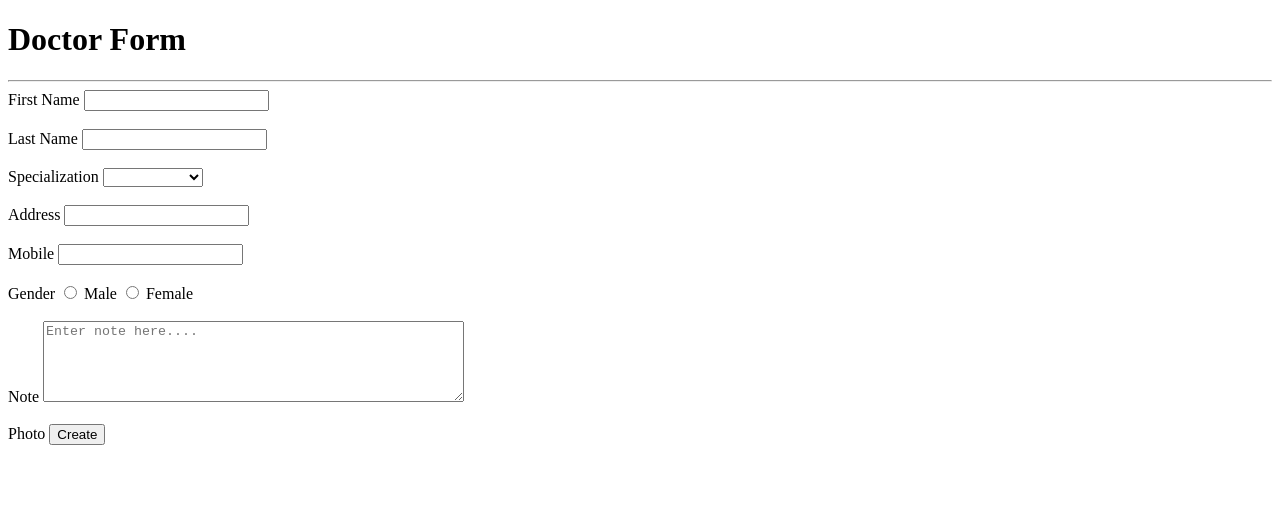
Repository: aayush105/Advance-Java
Page: http://localhost/Doctorpatient/Doctor.jsp
An editor plug-in stored every save of this project. The page is shown before and after a run of saves, followed by the edit.
The browser window is 1280 px wide. The pictures show the whole page.
The page is served by Tomcat 10. Other server files are loaded and not shown.

Above is the page before, as saved 2023-07-20 10:55:42.

### Doctorpatient/src/main/webapp/Doctor.jsp
<%@ page language="java" contentType="text/html; charset=UTF-8"
    pageEncoding="UTF-8"%>
<!DOCTYPE html>
<html>
<head>
<meta charset="UTF-8">
<title>Doctor</title>
</head>
<body>
<h1>Doctor Form</h1>
<hr>
<form action="DoctorServlet" method="POST">

First Name <input type ="text" name ="fname"><br><br>
Last Name <input type ="text" name ="lname"><br><br>
Specialization  <select data-placeholder="Choose your specialization" name="specialization">
    <option value=""></option>
    <option>Cardiologists</option>
    <option>Neurologist</option>
    <option>Surgeon</option>
    <option>Gynecologist</option>
  </select>
 <br><br>
Address <input type ="text" name ="address"><br><br>
Mobile <input type ="text" name ="mobile"><br><br>
Gender <input type="radio" name="gender" value="male"> Male
<input type="radio" name="gender" value="female"> Female
<br><br>
Note <textarea rows = "5" cols = "50" name = "description" placeholder ="Enter note here...."></textarea><br><br>
Photo

  <input type="submit" value="Create" >

</form>
</body>
</html>

After the next 2 saves:
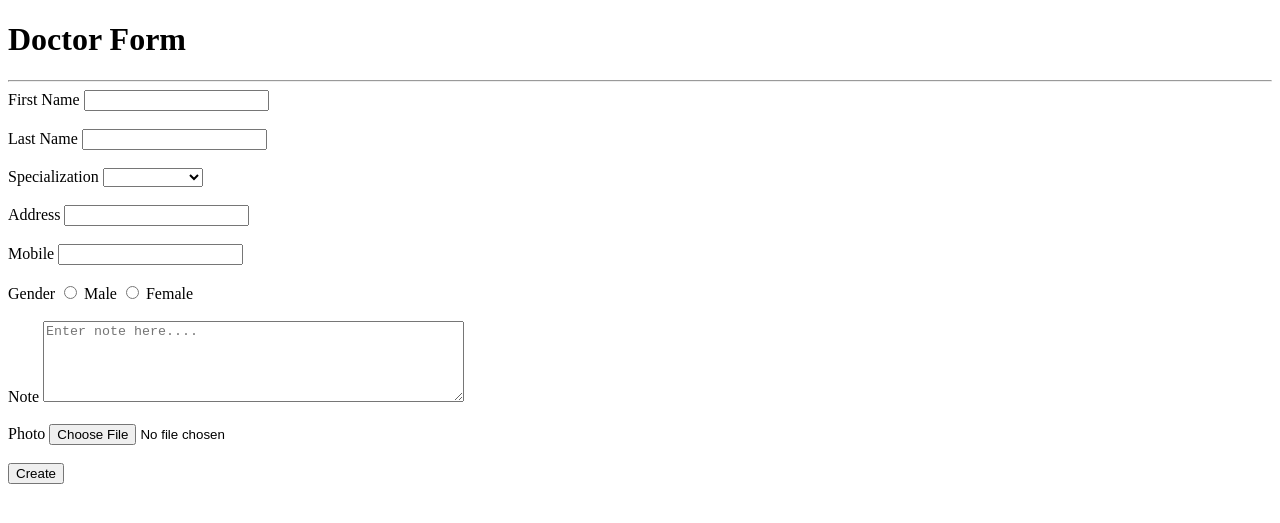
The 2 saves are shown as one change because they came seconds apart.
The last was saved 119 s later.
--- a/Doctorpatient/src/main/webapp/Doctor.jsp
+++ b/Doctorpatient/src/main/webapp/Doctor.jsp
@@ -27,8 +27,7 @@
 <input type="radio" name="gender" value="female"> Female
 <br><br>
 Note <textarea rows = "5" cols = "50" name = "description" placeholder ="Enter note here...."></textarea><br><br>
-Photo
-
+Photo <input type="file" name="photo"><br><br>
   <input type="submit" value="Create" >
 
 </form>
